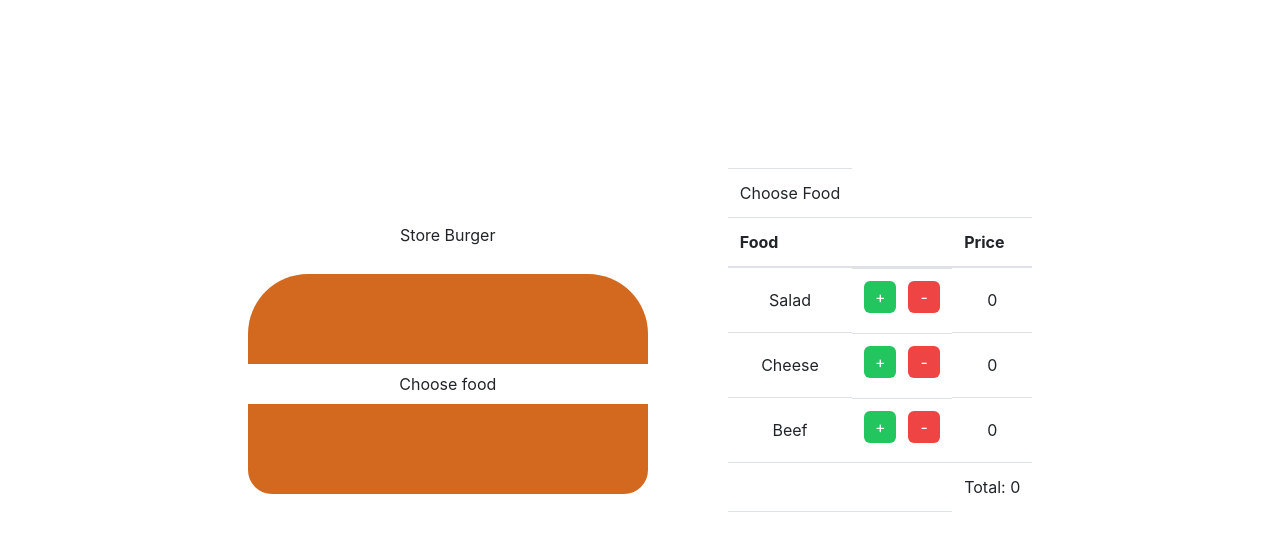
Repository: baobaodeveloper/bootcamp21_HuynhAnhBao_Burger
Page: /
These files come from the project's save history. The page is drawn as it stood at one moment and after the next save; the edit follows.
The browser window is 1280 px wide. The pictures show the whole page.
The project was rebuilt for these pictures with package versions that can differ from the ones it lists, and the page was loaded fresh each time. Also part of the build but not shown: vite.config.js.

Above is the page before, as saved 2022-05-15 19:00:57.

After the next save:
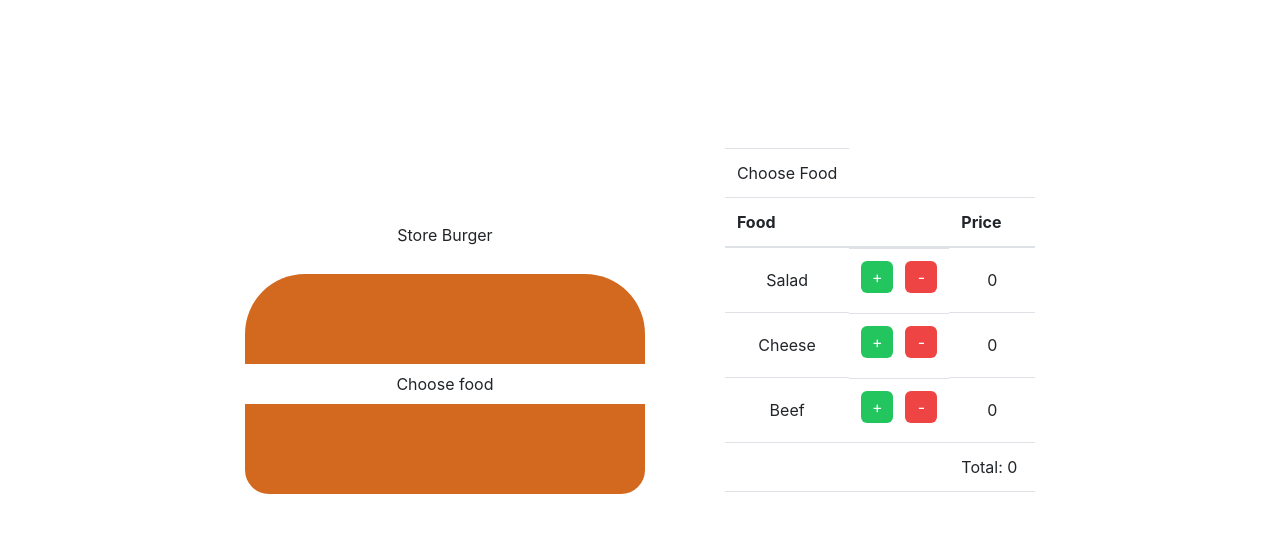
Saved 61 s later.
--- a/src/components/dataBuger/Burger.jsx
+++ b/src/components/dataBuger/Burger.jsx
@@ -84,8 +84,12 @@ export default function Burger() {
                 </td>
               </tr>
               <tr>
-                <td></td>
-                <td></td>
+                <td colSpan={2}></td>
+                <td>
+                  <button className="py-2 px-3 rounded-lg text-white uppercase">
+                    Pay
+                  </button>
+                </td>
               </tr>
             </tbody>
           </table>
